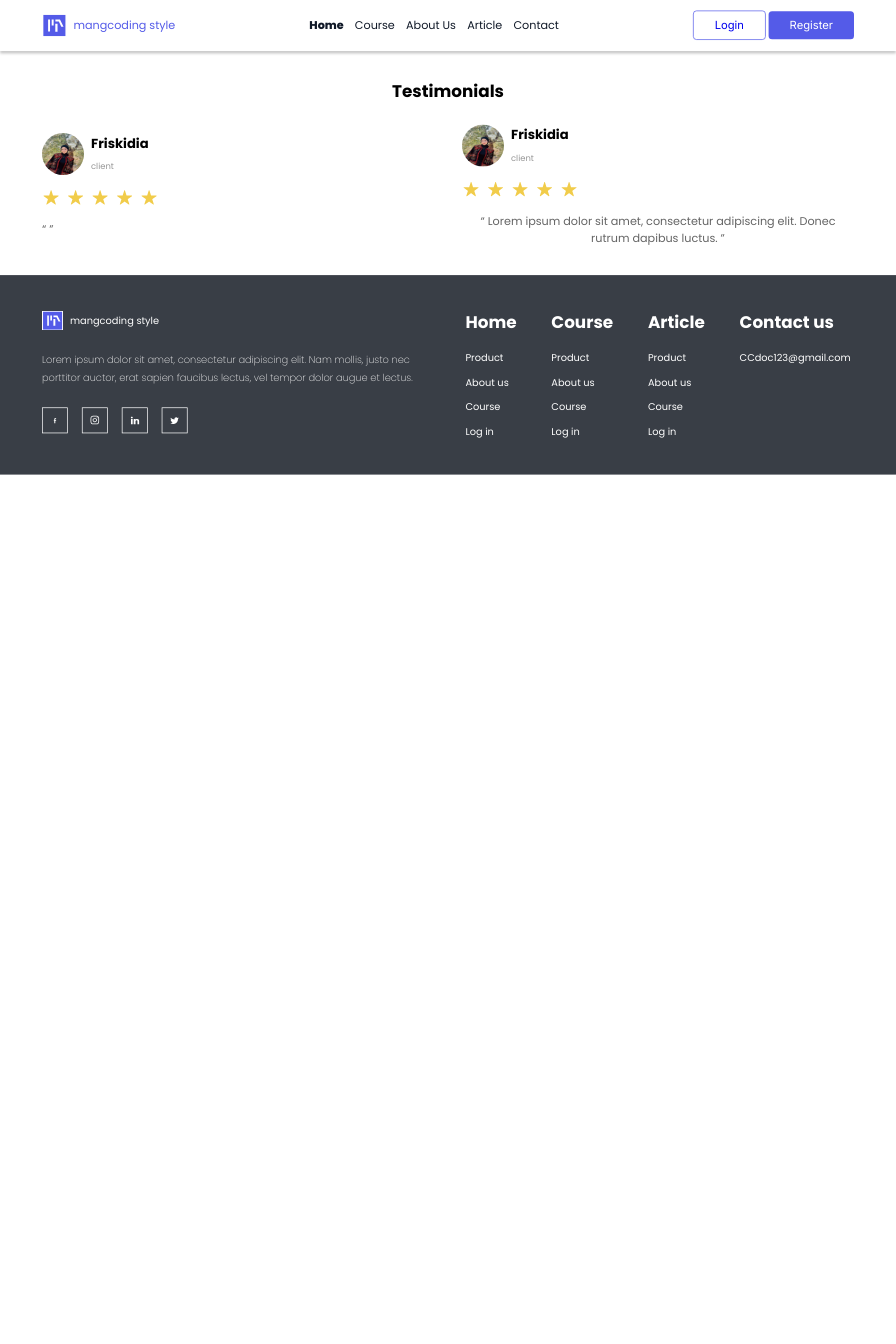
Repository: Dania-Alqam/landing-page
Page: index.html
The author's editor kept a copy of each file at every save. The page is drawn from the files as they stood at one save, then again after the next save.
The browser window is 1280 px wide. The pictures show the part of the page from y = 0 to 1920 px (the page is 5000 px tall), at 70% of full size.

Above is the page before, as saved 2024-06-22 16:43:44.

After the next save:
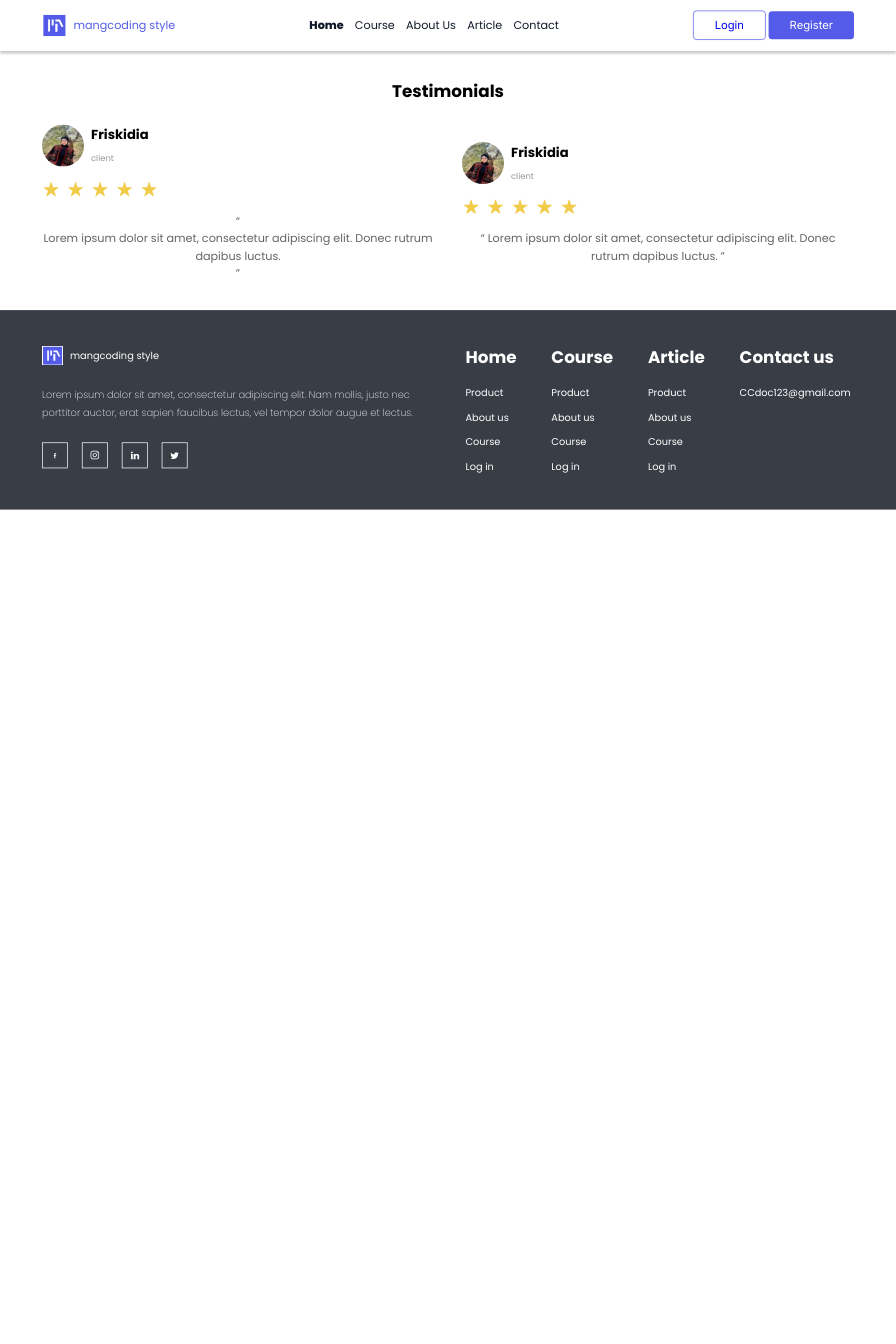
Saved 4 s later.
--- a/index.html
+++ b/index.html
@@ -68,6 +68,8 @@
                         </div>
                         <blockquote>
                             <q>
+                                <p>                                Lorem ipsum dolor sit amet, consectetur adipiscing elit. Donec rutrum dapibus luctus.
+                                </p>
 
                             </q>
                         </blockquote>
